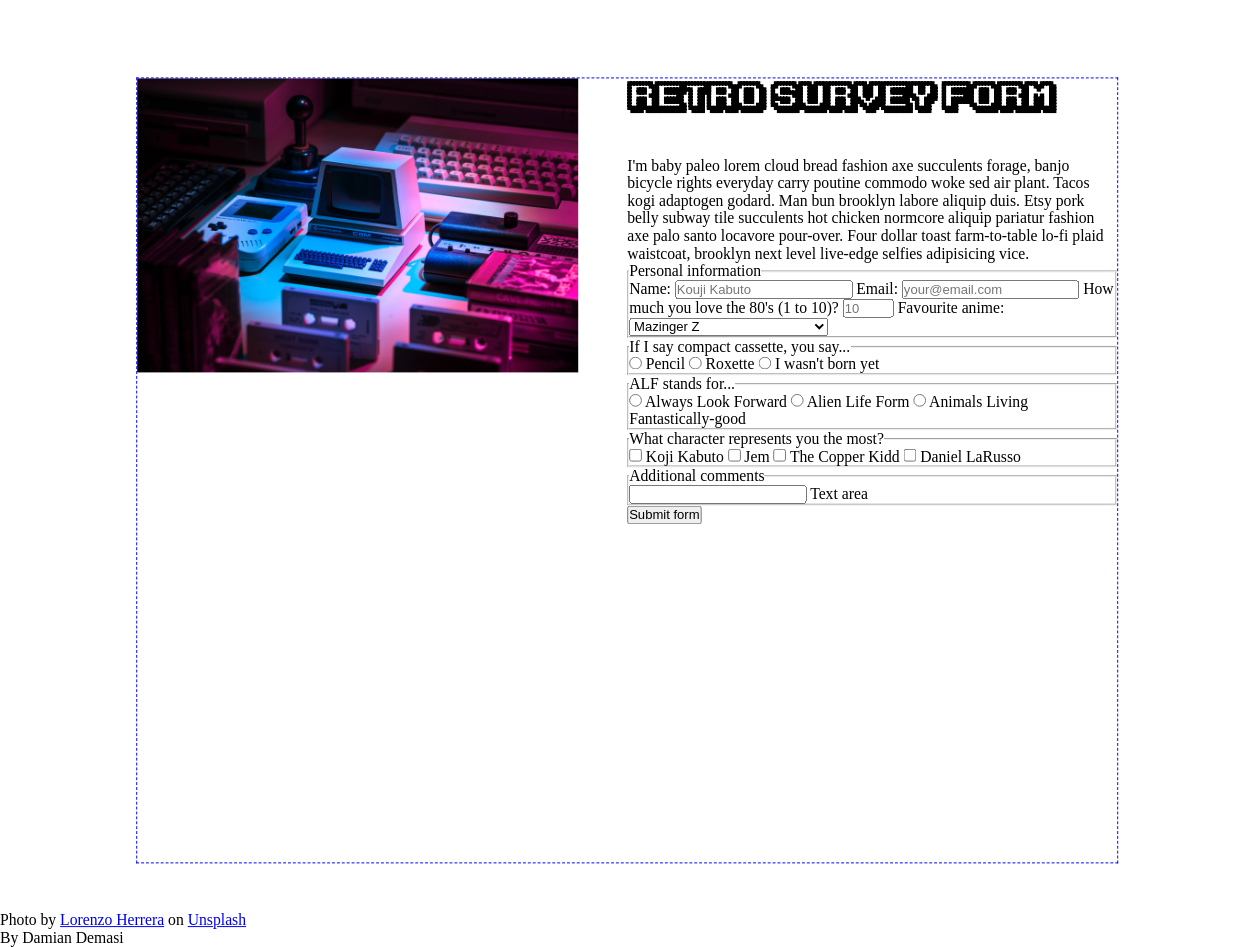
Repository: Colo-Codes/freecodecamp-02-Build-a-Survey-Form
Page: index.html
The author's editor kept a copy of each file at every save. The page is drawn from the files as they stood at one save, then again after the next save.
The browser window is 1280 px wide. The pictures show the whole page, at 98% of full size.

Above is the page before, as saved 2021-05-18 13:23:56.

### index.html
<!DOCTYPE html>
<html lang="en">

<head>
    <meta charset="UTF-8">
    <meta http-equiv="X-UA-Compatible" content="IE=edge">
    <meta name="viewport" content="width=device-width, initial-scale=1.0">
    <link rel="stylesheet" href="./resources/css/index.css" type="text/css">
    <title>Retro Survey Form</title>
</head>

<body>
    <main id="grid-container">
        <header>
            <h1 id="title">Retro Survey Form</h1>
        </header>
        <section>
            <p id="description">I'm baby paleo lorem cloud bread fashion axe succulents forage, banjo bicycle rights
                everyday carry poutine commodo woke sed air plant. Tacos kogi adaptogen godard. Man bun brooklyn labore
                aliquip duis. Etsy pork belly subway tile succulents hot chicken normcore aliquip pariatur fashion axe
                palo santo locavore pour-over. Four dollar toast farm-to-table lo-fi plaid waistcoat, brooklyn next
                level live-edge selfies adipisicing vice.</p>
            <form action="#" id="survey-form" method="POST">
                <fieldset>
                    <legend>Personal information</legend>
                    <label for="name" id="name-label">
                        Name: <input type="text" id="name" placeholder="Kouji Kabuto" required>
                    </label>
                    <label for="email" id="email-label">
                        Email: <input type="email" id="email" placeholder="your@email.com" required> <!-- validate -->
                    </label>
                    <label for="number" id="number-label">
                        How much you love the 80's (1 to 10)? <input type="number" id="number" placeholder="10" min="1"
                            max="10" required>
                    </label>
                    <label for=""> Favourite anime:
                        <select name="" id="dropdown">
                            <option value="mazinger-z">Mazinger Z</option>
                            <option value="macross-robotech">Macross (Robotech)</option>
                            <option value="crusher-joe">Crusher Joe</option>
                            <option value="momo">Magical Princess Minky Momo</option>
                            <option value="gundam">Mobile Suit Zeta Gundam</option>
                            <option value="dragon-ball">Dragon Ball</option>
                            <option value="galactic-heroes">Legend of the Galactic Heroes</option>
                        </select>
                    </label>
                </fieldset>

                <fieldset>
                    <legend>If I say compact cassette, you say...</legend>
                    <label for="pencil">
                        <input type="radio" name="cassette-match" value="pencil" id="pencil"> Pencil
                    </label>
                    <label for="roxette">
                        <input type="radio" name="cassette-match" value="roxette" id="roxette"> Roxette
                    </label>
                    <label for="not-born">
                        <input type="radio" name="cassette-match" value="not-born" id="not-born"> I wasn't born yet
                    </label>
                </fieldset>
                <fieldset>
                    <legend>ALF stands for...</legend>
                    <label for="always">
                        <input type="radio" name="alf" value="always" id="always"> Always Look Forward
                    </label>
                    <label for="alien">
                        <input type="radio" name="alf" value="alien" id="alien"> Alien Life Form
                    </label>
                    <label for="animals">
                        <input type="radio" name="alf" value="animals" id="animals"> Animals Living Fantastically-good
                    </label>
                </fieldset>
                <fieldset>
                    <legend>What character represents you the most?</legend>
                    <label for="koji">
                        <input type="checkbox" name="character" value="koji" id="koji"> Koji Kabuto
                    </label>
                    <label for="jem">
                        <input type="checkbox" name="character" value="jem" id="jem"> Jem
                    </label>
                    <label for="copper">
                        <input type="checkbox" name="character" value="copper" id="copper"> The Copper Kidd
                    </label>
                    <label for="larusso">
                        <input type="checkbox" name="character" value="larusso" id="larusso"> Daniel LaRusso
                    </label>
                </fieldset>
                <fieldset>
                    <legend>Additional comments</legend>
                    <label for="">
                        <input type="textarea"> Text area
                    </label>
                </fieldset>
                <input type="submit" value="Submit form">
            </form>
        </section>
        <div id="main-image" role="img" aria-label="Retro computers and devices from the 80's under a blue and violet light"></div>
    </main>
    <footer>
        <p>Photo by <a href="https://unsplash.com/@lorenzoherrera?utm_source=unsplash&utm_medium=referral&utm_content=creditCopyText">Lorenzo Herrera</a> on <a href="https://unsplash.com/?utm_source=unsplash&utm_medium=referral&utm_content=creditCopyText">Unsplash</a></p>
        <p>By Damian Demasi</p>

    </footer>
</body>

</html>

### resources/css/index.css
@font-face {
    font-family: 'Karmatic Arcade';
    src: url("../fonts/ka1.ttf");
    font-weight: normal;
    font-style: normal;
}
/* Initial reset */
html {
    box-sizing: border-box;
    font-size: 16px;
}
*, *:before, *:after {
    box-sizing: inherit;
    margin: 0;
    padding: 0;
}
/* Grid container */
#grid-container {
    outline: 1px dashed blue; /* Debugging purposes */
    width: 1000px; /* TODO media query */
    height: 800px; /* TODO media query */
    display: grid;
    flex-direction: row;
    margin: 5rem auto 50px auto;
    grid-template: 10% 90% / 50% 50%;
}
#main-image {
    order: -1;
    background-image: url(../img/lorenzo-herrera-p0j-mE6mGo4-unsplash.jpg);
    background-repeat: no-repeat;
    background-size: 90%;

    grid-area: 1 / 1 / 3 / 2; /* the whole left column */
}
/* Form */
h1 {
    font-family: "Karmatic Arcade", sans-serif;
}

After the next save:
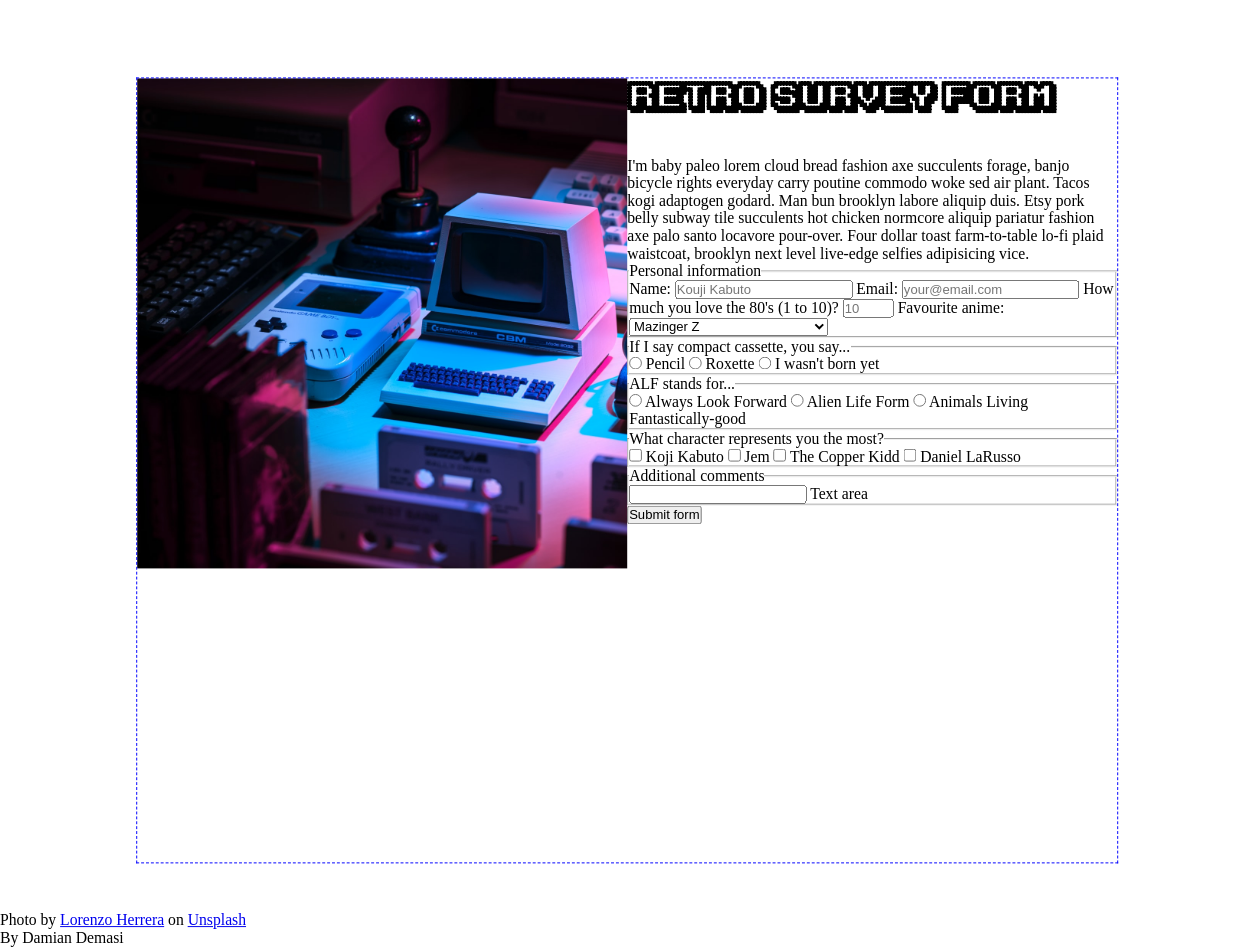
Saved 7 s later.
--- a/resources/css/index.css
+++ b/resources/css/index.css
@@ -28,7 +28,7 @@ html {
     order: -1;
     background-image: url(../img/lorenzo-herrera-p0j-mE6mGo4-unsplash.jpg);
     background-repeat: no-repeat;
-    background-size: 90%;
+    background-size: 150%;
 
     grid-area: 1 / 1 / 3 / 2; /* the whole left column */
 }
